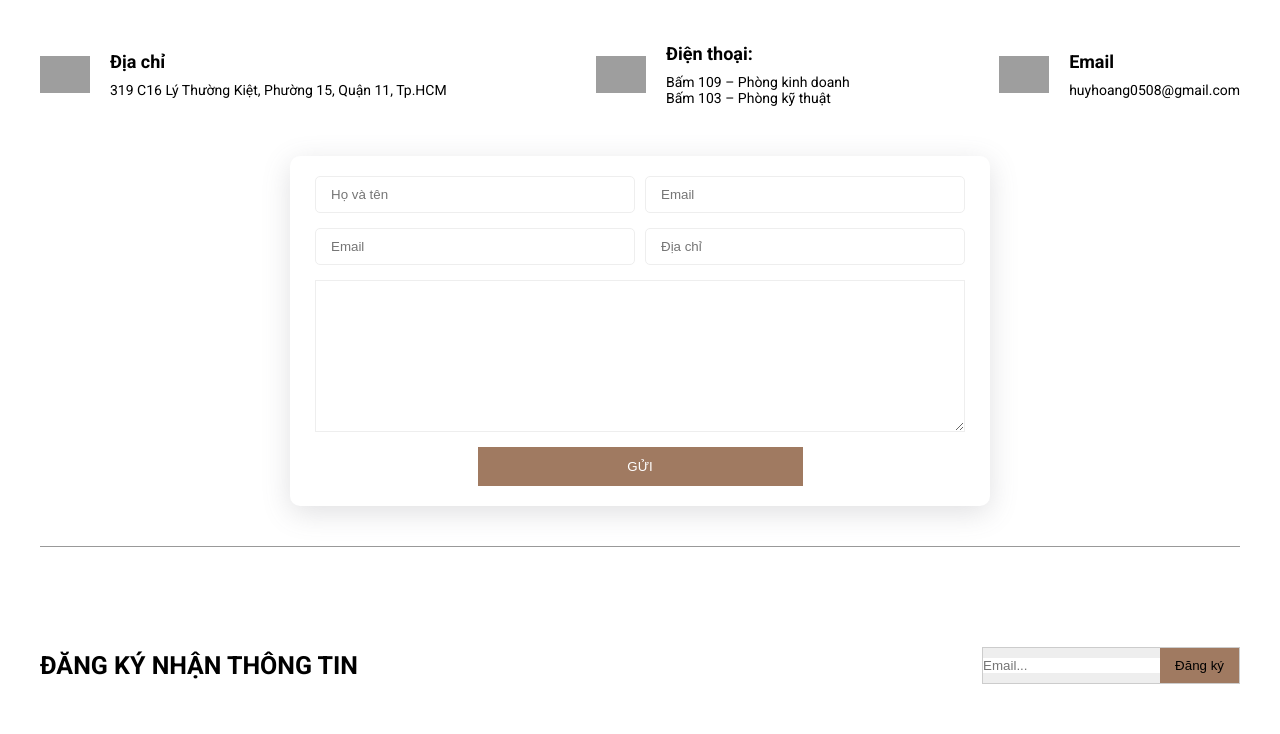
Repository: web345/WEBNANGCAO-clock-
Page: contact.html
An editor plug-in stored every save of this project. The page is shown before and after the next save, followed by the edit.
The browser window is 1280 px wide. The pictures show the part of the page from y = 678 to 1412 px (the page is 1412 px tall).
Pictures or frames that could not be fetched are drawn as grey boxes. Some web libraries are served in a nearby version.

Above is the page before, as saved 2021-09-10 20:53:11.

After the next save:
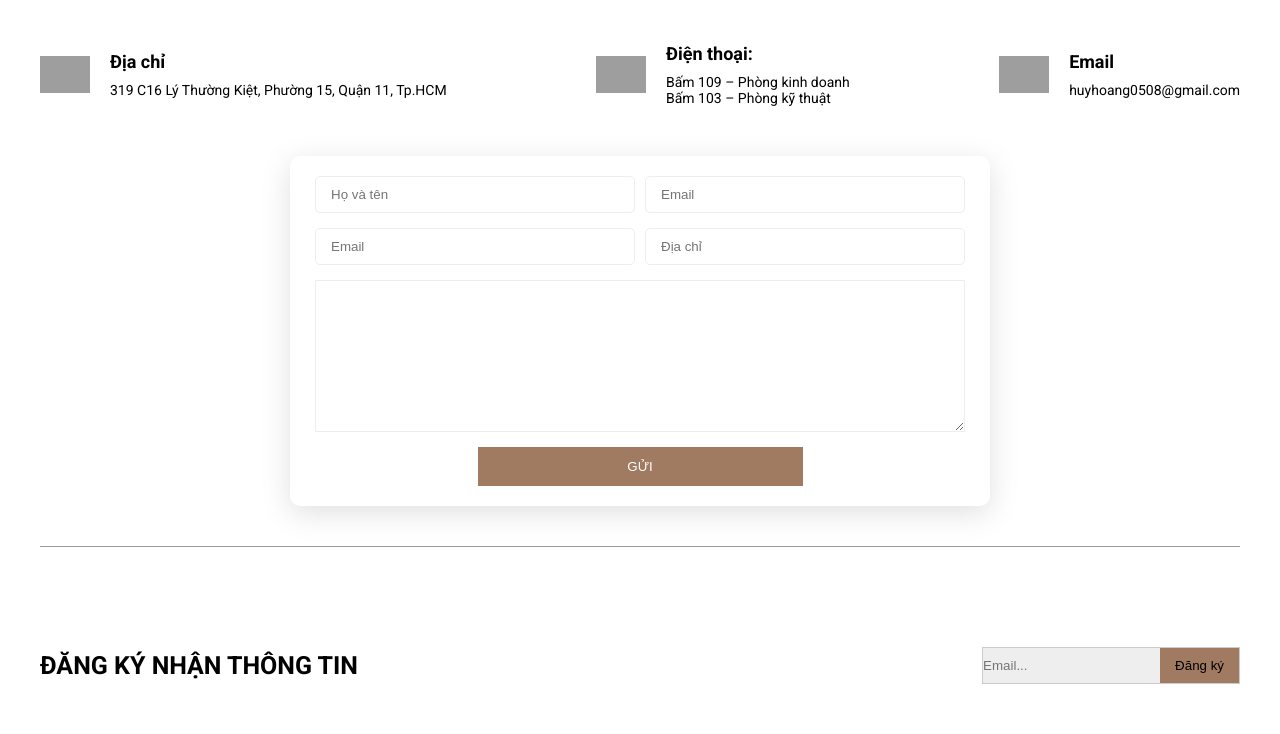
Saved 14 s later.
--- a/CSS/contact.css
+++ b/CSS/contact.css
@@ -108,6 +108,7 @@ h3.sub-info {
 .email-sub input {
   border: 0;
   height: 100%;
+  background: none;
 }
 
 .email-sub button {
